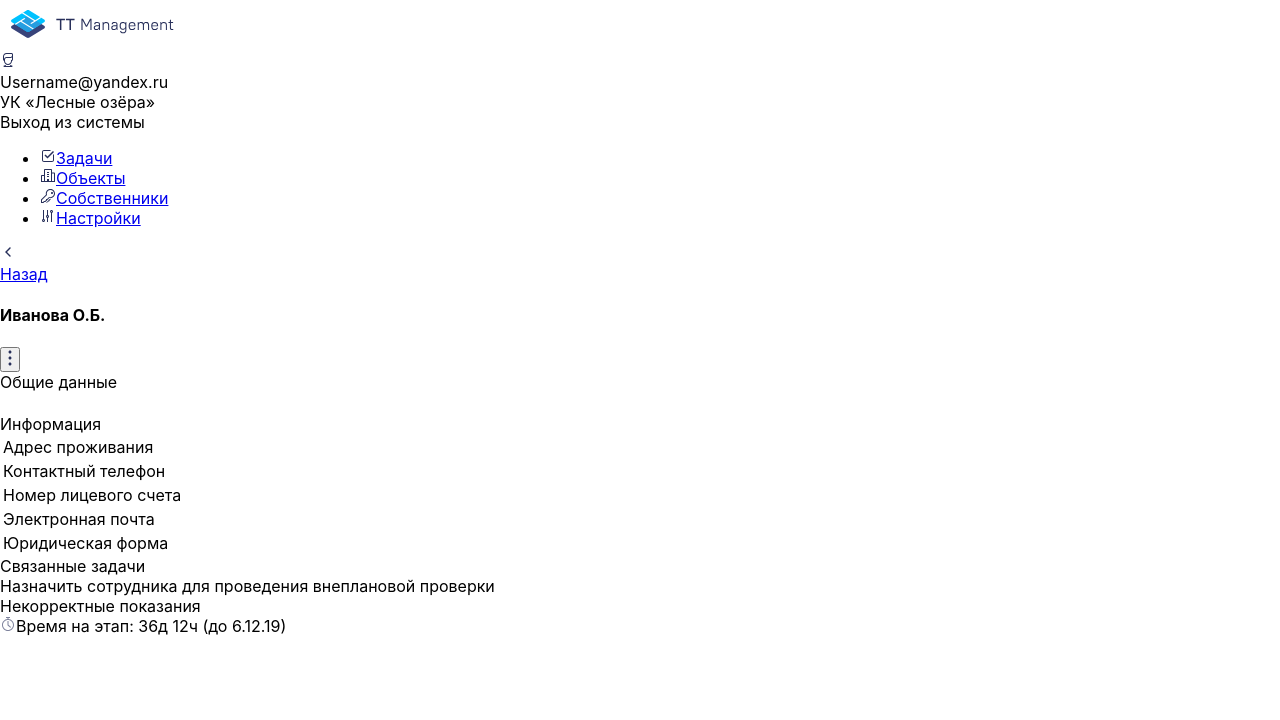
Repository: TryBr/tt-management
Page: /owners/1
These files come from the project's save history. The page is drawn as it stood at one moment and after the next save; the edit follows.
The browser window is 1280 px wide. The pictures show the whole page.
The project was rebuilt for these pictures with package versions that can differ from the ones it lists, and the page was loaded fresh each time. Also part of the build but not shown: src/App.css, src/TaskDetail.js, src/Owners.js, src/OwnerEdit.js.

Above is the page before, as saved 2020-07-21 10:17:19.

After the next save:
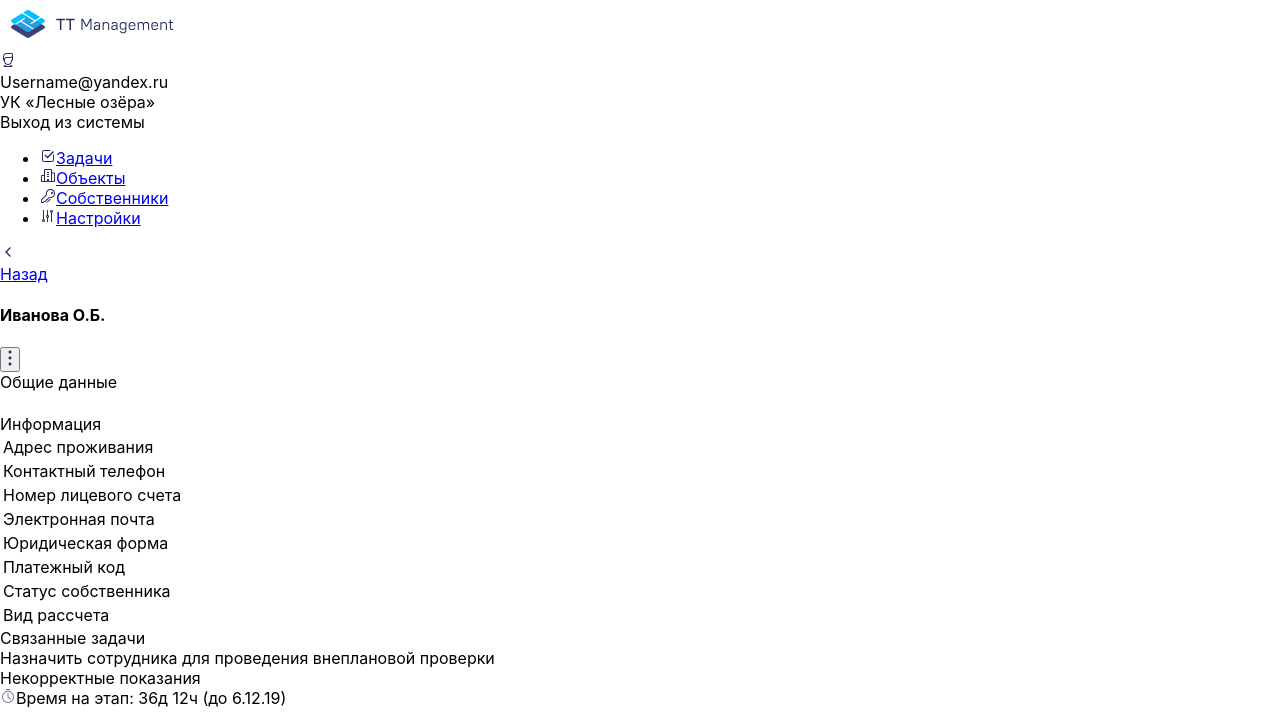
Saved 15 s later.
--- a/src/OwnerDetail.js
+++ b/src/OwnerDetail.js
@@ -109,6 +109,18 @@ const Owner = ({ owner }) => {
                                         <td>{tableColumns[4].label}</td>
                                         <td></td>
                                     </tr>
+                                    <tr>
+                                        <td>{tableColumns[5].label}</td>
+                                        <td></td>
+                                    </tr>
+                                    <tr>
+                                        <td>{tableColumns[6].label}</td>
+                                        <td></td>
+                                    </tr>
+                                    <tr>
+                                        <td>{tableColumns[7].label}</td>
+                                        <td></td>
+                                    </tr>
                                 </table>
                             </div>
                         </Col>
